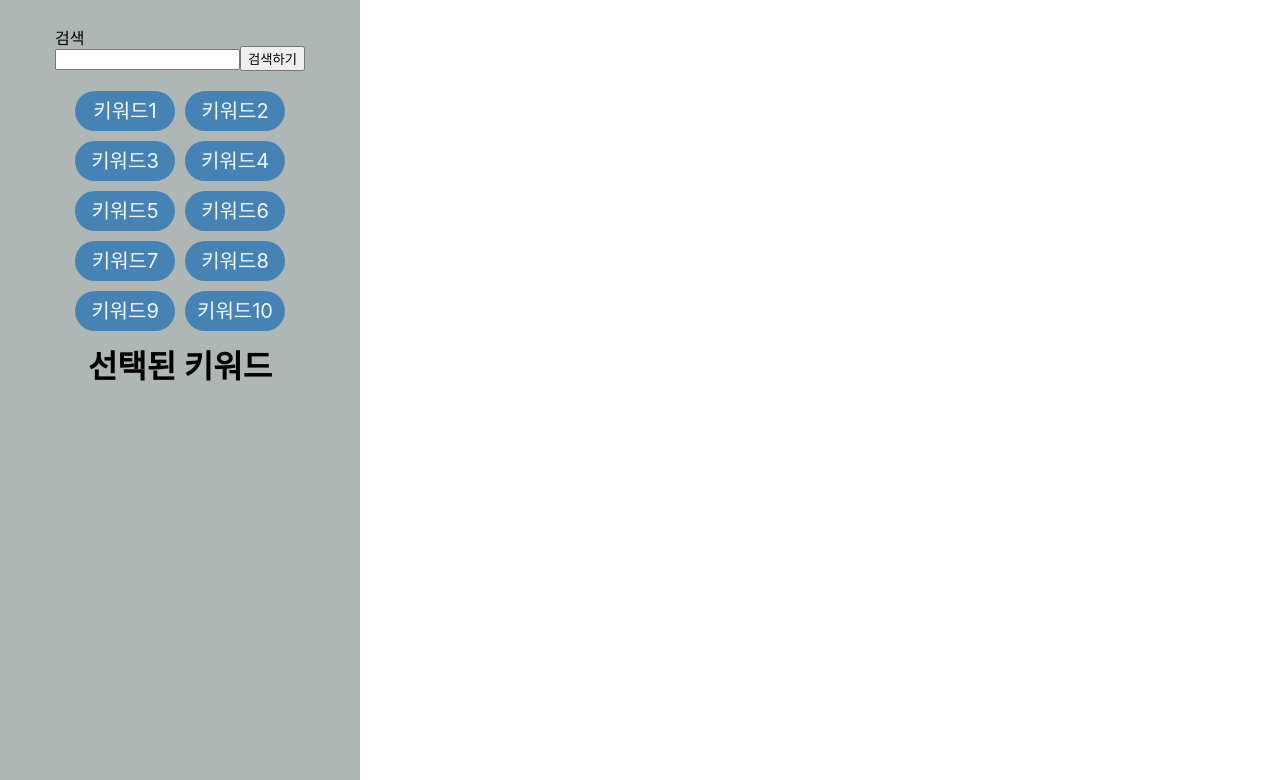
Repository: sunoo-lee/Star-Explore
Page: /
These files come from the project's save history. The page is drawn as it stood at one moment and after the next save; the edit follows.
The browser window is 1280 px wide. The pictures show the whole page.
The project was rebuilt for these pictures with package versions that can differ from the ones it lists, and the page was loaded fresh each time.

Above is the page before, as saved 2022-10-14 04:39:47.

After the next save:
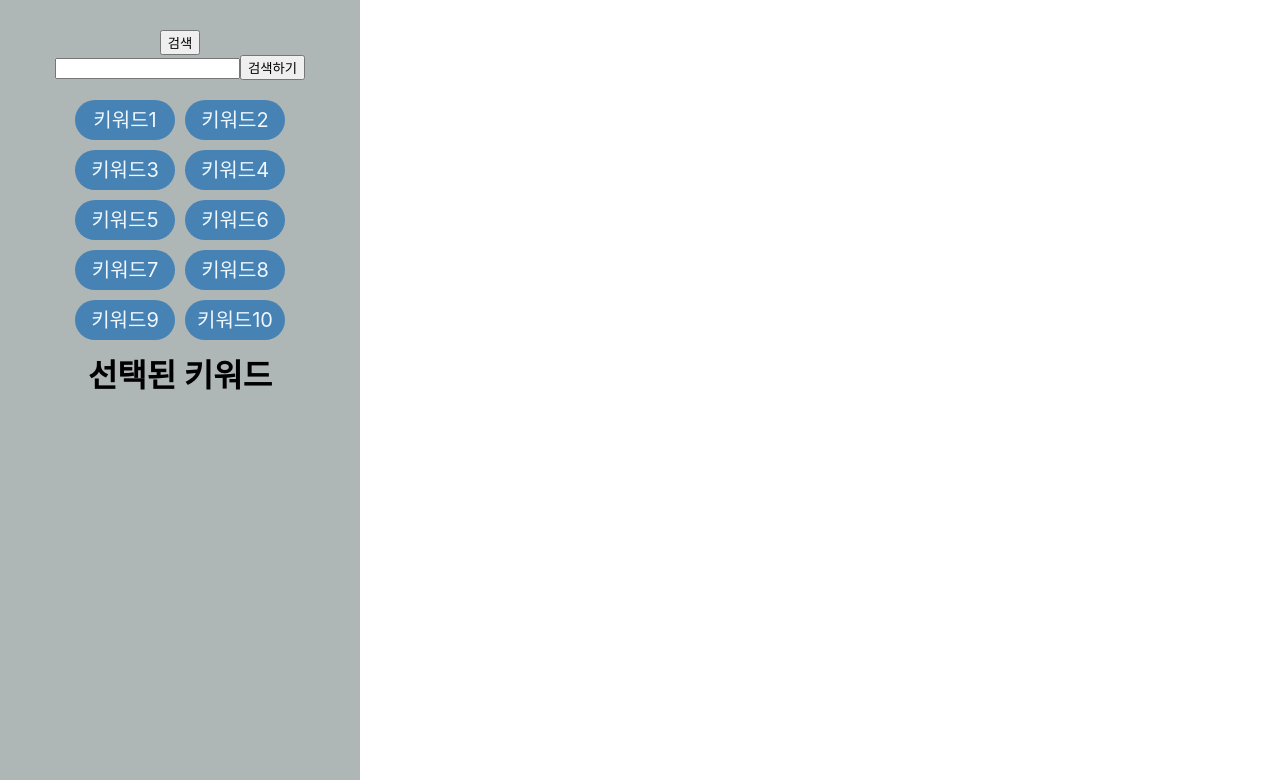
Saved 42 s later.
--- a/src/routes/Home.js
+++ b/src/routes/Home.js
@@ -18,8 +18,8 @@ const Home = () => {
   return (
     <div className="container">
       <div className="nav">
+        <button className="nav_toggle">검색</button>
         <form>
-          <div>검색</div>
           <input type="text" />
           <button>검색하기</button>
         </form>
